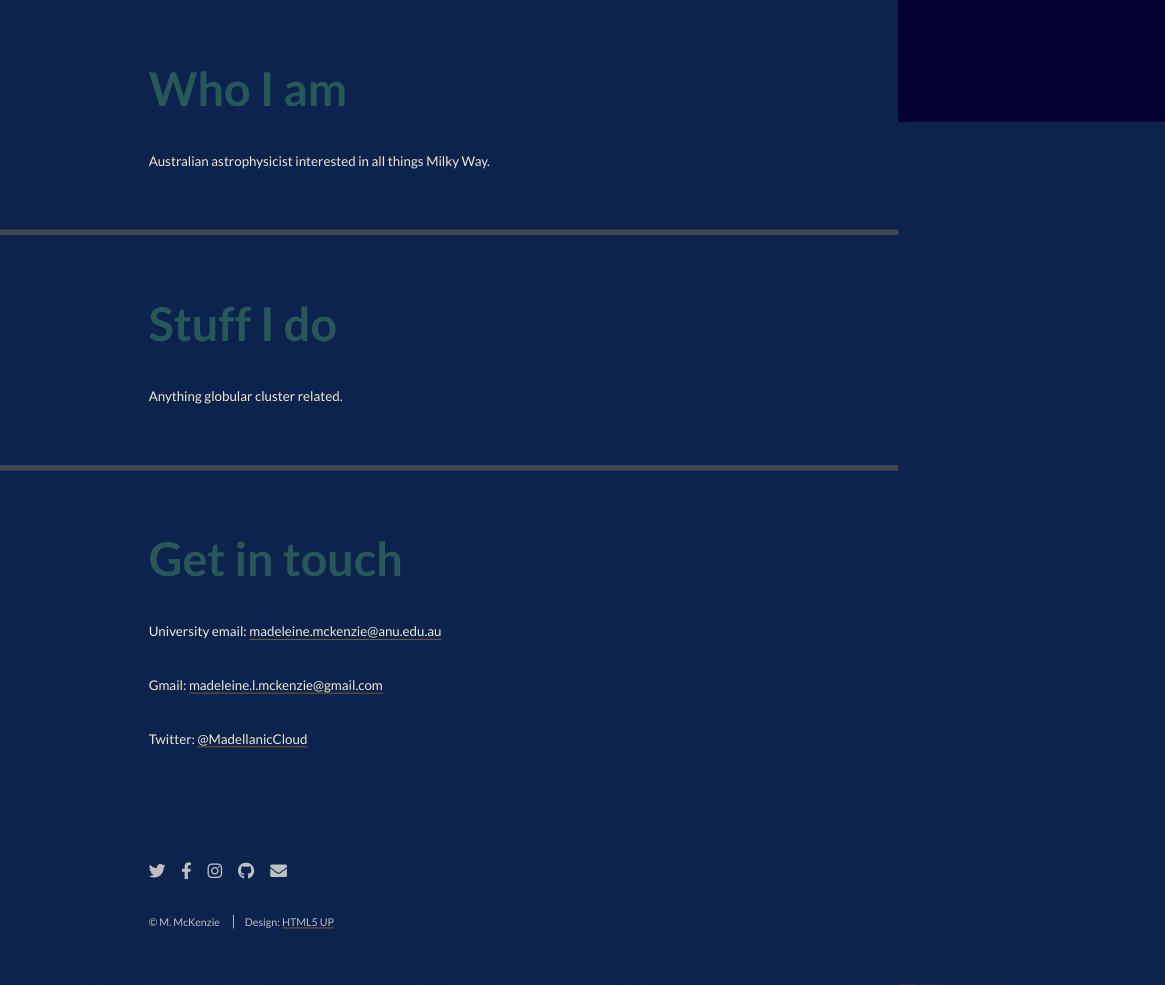
Repository: madeleine-mckenzie/madeleine-mckenzie.github.io
Page: index.html
These files come from the project's save history. The page is drawn as it stood at one moment and after the next save; the edit follows.
The browser window is 1280 px wide. The pictures show the part of the page from y = 587 to 1720 px (the page is 1669 px tall before and 1720 px after), at 91% of full size.
Backgrounds fixed to the window are drawn as part of the page.

Above is the page before, as saved 2023-11-11 19:03:46.

### index.html
<!DOCTYPE HTML>
<!--
    Read Only by HTML5 UP
    html5up.net | @ajlkn
    Free for personal and commercial use under the CCA 3.0 license (html5up.net/license)
-->
<html>
    <head>
        <title>M. McKenzie</title>
        <meta charset="utf-8" />
        <meta name="viewport" content="width=device-width, initial-scale=1, user-scalable=no" />
        <link rel="stylesheet" href="assets/css/main.css" />
        <style>
            /* Custom style */
            body {
                background: url('images/2023_ANU_3MT_20230727_ANU2022 3.jpg') no-repeat center center fixed;
                background-size: cover;
            }
        </style>
    </head>
    <body class="is-preload">

        <!-- Header -->
        <section id="header">
            <header>
                <!-- Avatar image next to name -->
                <span class="image avatar"><img src="images/IG_DP.jpeg" alt="Madeleine L. McKenzie" /></span>
                <h1>Madeleine L. McKenzie</h1>
                <p>PhD candidate at the Australian National University</p>
            </header>
            <nav id="nav">
                <ul>
                    <li><a href="#one" class="active">About</a></li>
                    <li><a href="#two">My Work</a></li>
                    <li><a href="#three">Contact</a></li>
                </ul>
            </nav>
        </section>

        <!-- Wrapper -->
        <div id="wrapper">

            <!-- Main -->
            <div id="main">

                <!-- One -->
                <section id="one">
                    <div class="image main" data-position="center">
                        <!-- Top banner image -->
                        <img src="images/2023_ANU_3MT_20230727_ANU2022.jpg" alt="" />
                    </div>
                    <div class="container">
                        <header class="major">
                            <h2>Who I am</h2>
                        </header>
                        <p>Australian astrophysicist interested in all things Milky Way.</p>
                    </div>
                </section>

                <!-- Two -->
                <section id="two">
                    <div class="container">
                        <header class="major">
                            <h2>Stuff I do</h2>
                        </header>
                        <p>Anything globular cluster related.</p>
                        <!-- Icons grid here -->
                    </div>
                </section>

                <!-- Three -->
                <section id="three">
                    <div class="container">
                        <header class="major">
                            <h2>Get in touch</h2>
                        </header>
                        <p>University email: <a href="mailto:madeleine.mckenzie@anu.edu.au">madeleine.mckenzie@anu.edu.au</a></p>
                        <p>Gmail: <a href="mailto:madeleine.l.mckenzie@gmail.com">madeleine.l.mckenzie@gmail.com</a></p>
                        <p>Twitter: <a href="https://twitter.com/MadellanicCloud" target="_blank">@MadellanicCloud</a></p>
                    </div>
                </section>

            </div>

            <!-- Footer -->
            <section id="footer">
                <div class="container">
                    <ul class="icons">
                        <!-- Social media icons here -->
                        <li><a href="#" class="icon brands fa-twitter"><span class="label">Twitter</span></a></li>
                        <li><a href="#" class="icon brands fa-facebook-f"><span class="label">Facebook</span></a></li>
                        <li><a href="#" class="icon brands fa-instagram"><span class="label">Instagram</span></a></li>
                        <li><a href="#" class="icon brands fa-github"><span class="label">Github</span></a></li>
                        <li><a href="#" class="icon solid fa-envelope"><span class="label">Email</span></a></li>
                    </ul>
                    <ul class="copyright">
                        <li>&copy; M. McKenzie</li>
                        <li>Design: <a href="http://html5up.net">HTML5 UP</a></li>
                    </ul>
                </div>
            </section>

        </div>

        <!-- Scripts -->
        <script src="assets/js/jquery.min.js"></script>
        <script src="assets/js/jquery.scrollex.min.js"></script>
        <script src="assets/js/jquery.scrolly.min.js"></script>
        <script src="assets/js/browser.min.js"></script>
        <script src="assets/js/breakpoints.min.js"></script>
        <script src="assets/js/util.js"></script>
        <script src="assets/js/main.js"></script>

    </body>
</html>

Loaded but not shown: assets/css/fontawesome-all.min.css (library); assets/js/jquery.min.js (library); assets/js/jquery.scrollex.min.js (common file); assets/js/jquery.scrolly.min.js (common file); assets/js/browser.min.js (common file); assets/js/breakpoints.min.js (common file); assets/js/util.js (587 lines, source omitted); assets/js/main.js (159 lines, source omitted); assets/css/main.css (3340 lines, source omitted)

After the next save:
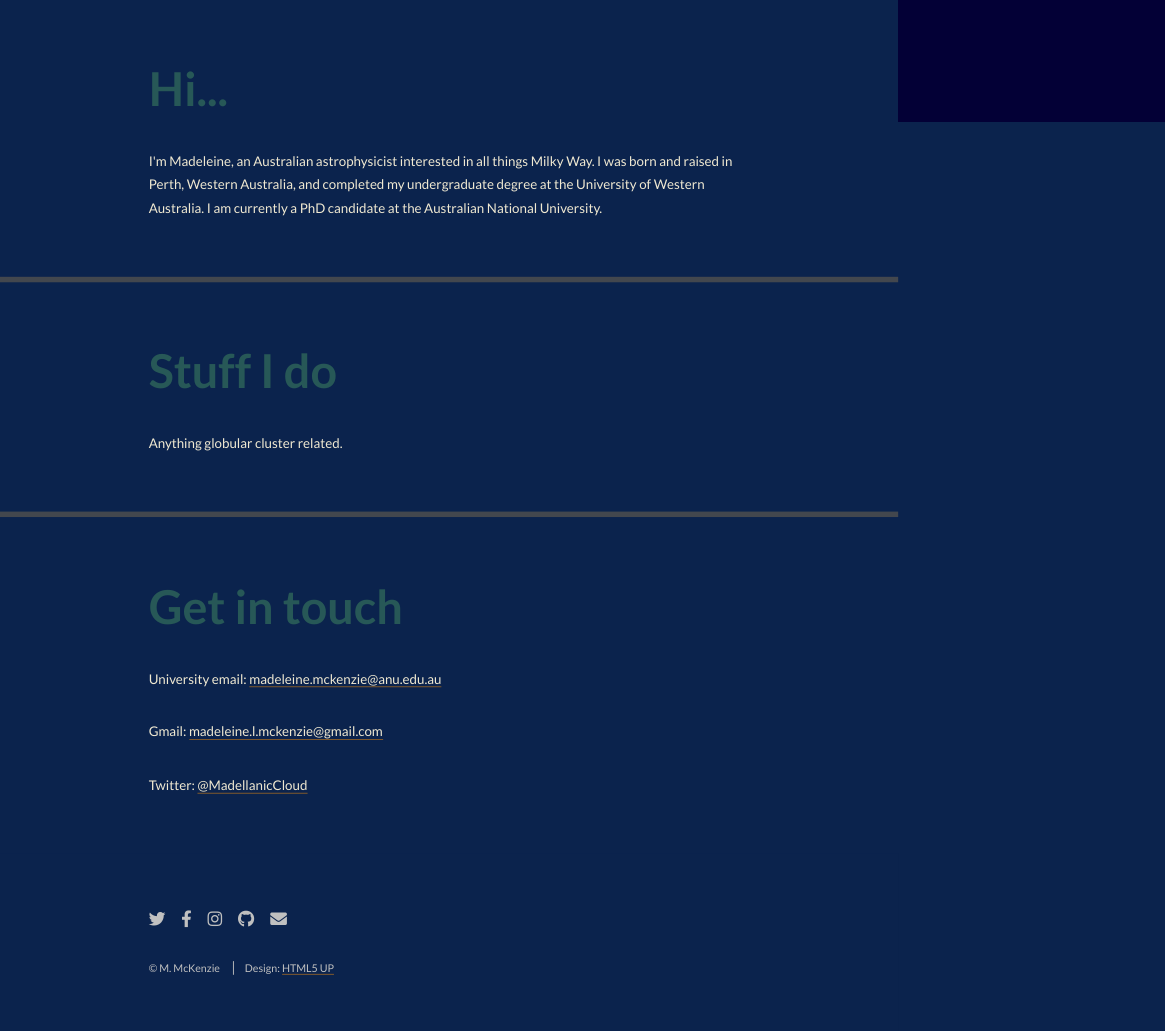
Saved 101 s later.
--- a/index.html
+++ b/index.html
@@ -51,9 +51,12 @@
                     </div>
                     <div class="container">
                         <header class="major">
-                            <h2>Who I am</h2>
+                            <h2>Hi...</h2>
                         </header>
-                        <p>Australian astrophysicist interested in all things Milky Way.</p>
+                        <p>I'm Madeleine, an Australian astrophysicist interested in all things Milky Way. I was born and raised in Perth, Western Australia,
+                            and completed my undergraduate degree at the University of Western Australia.
+                            I am currently a PhD candidate at the Australian National University.
+                        </p>
                     </div>
                 </section>
 
